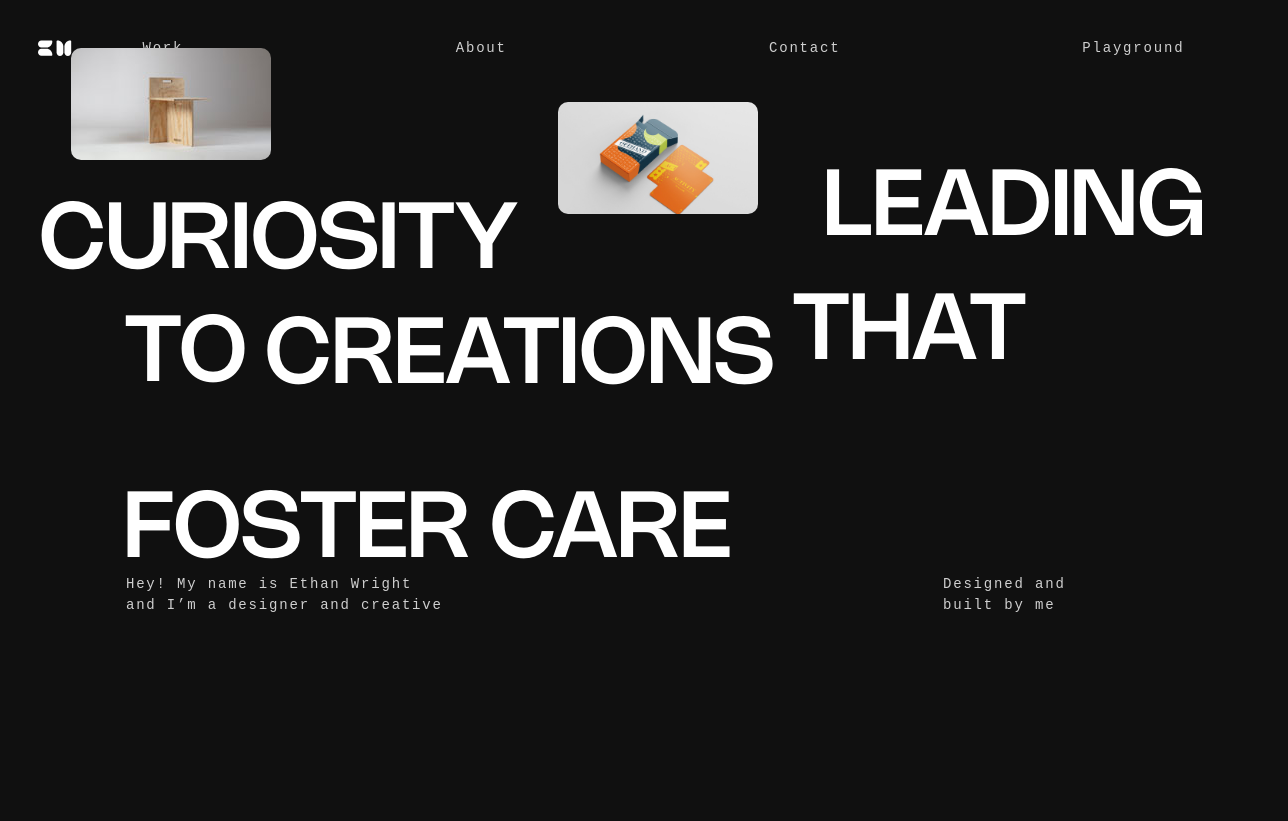
Repository: theethanwright/ethan_wright_portfolio
Page: home.html
These files come from the project's save history. The page is drawn as it stood at one moment and after the next save; the edit follows.
The browser window is 1280 px wide. The page is 1288 px wide, so the pictures cover 1288 px, including what lies to the right of the window. The pictures show the whole page.
Some web libraries are served in a nearby version.

Above is the page before, as saved 2023-12-24 21:17:59.

After the next save:
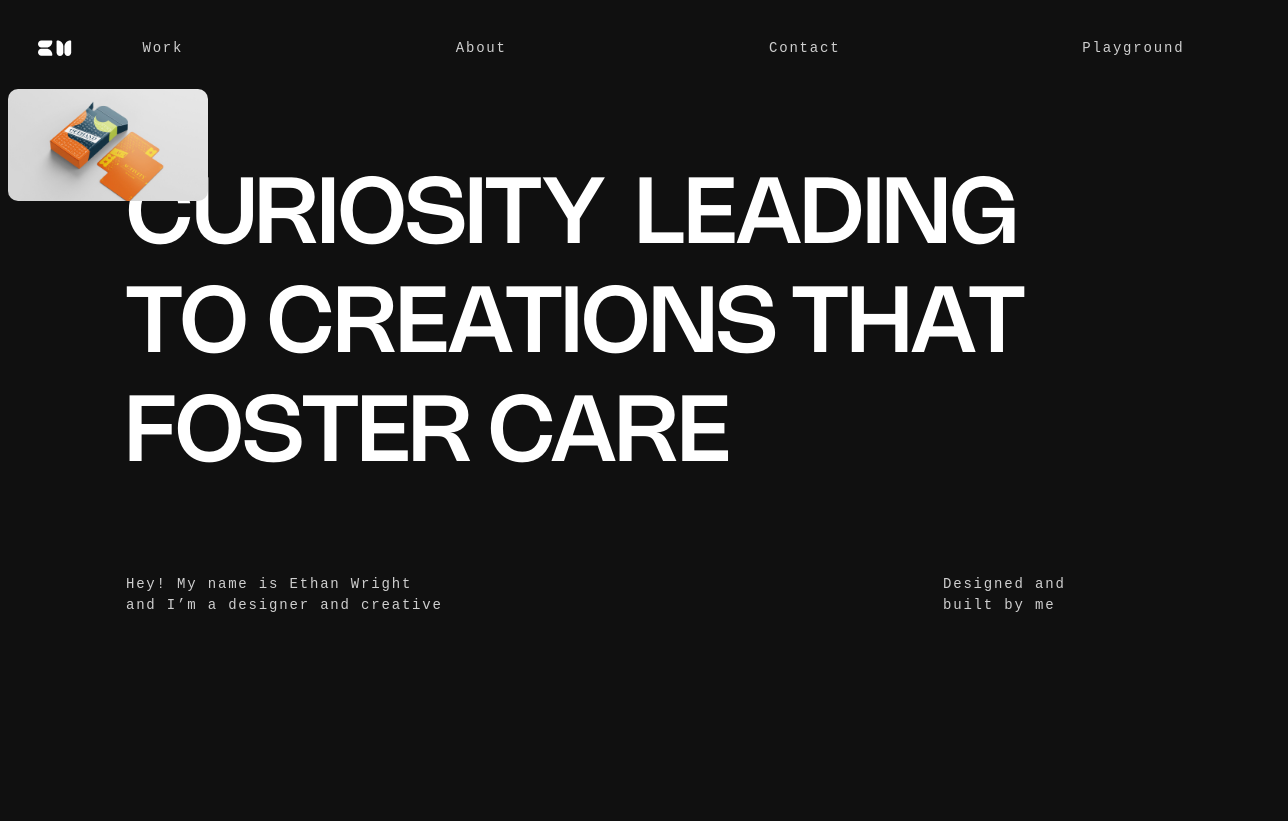
Console error: ReferenceError: height is not defined
Saved 4 min 16 s later.
--- a/app.js
+++ b/app.js
@@ -203,10 +203,9 @@
 
 imageBodies.forEach(({ iBody, imageElem }) => {
     const { x, y } = iBody.position
-    const { width, height, } = iBody.bounds;
     imageElem.style.top = `${y - imageElem.offsetHeight / 2}px`;
     imageElem.style.left = `${x - imageElem.offsetWidth / 2}px`;
-    imageElem.style.width = `${width}px`;
+    imageElem.style.width = `${iBody.bounds.max.x - iBody.bounds.min.x}px`;
     imageElem.style.height = `${height}px`;
     imageElem.style.transform = `rotate(${iBody.angle}rad)`;
   });

After the save that followed:
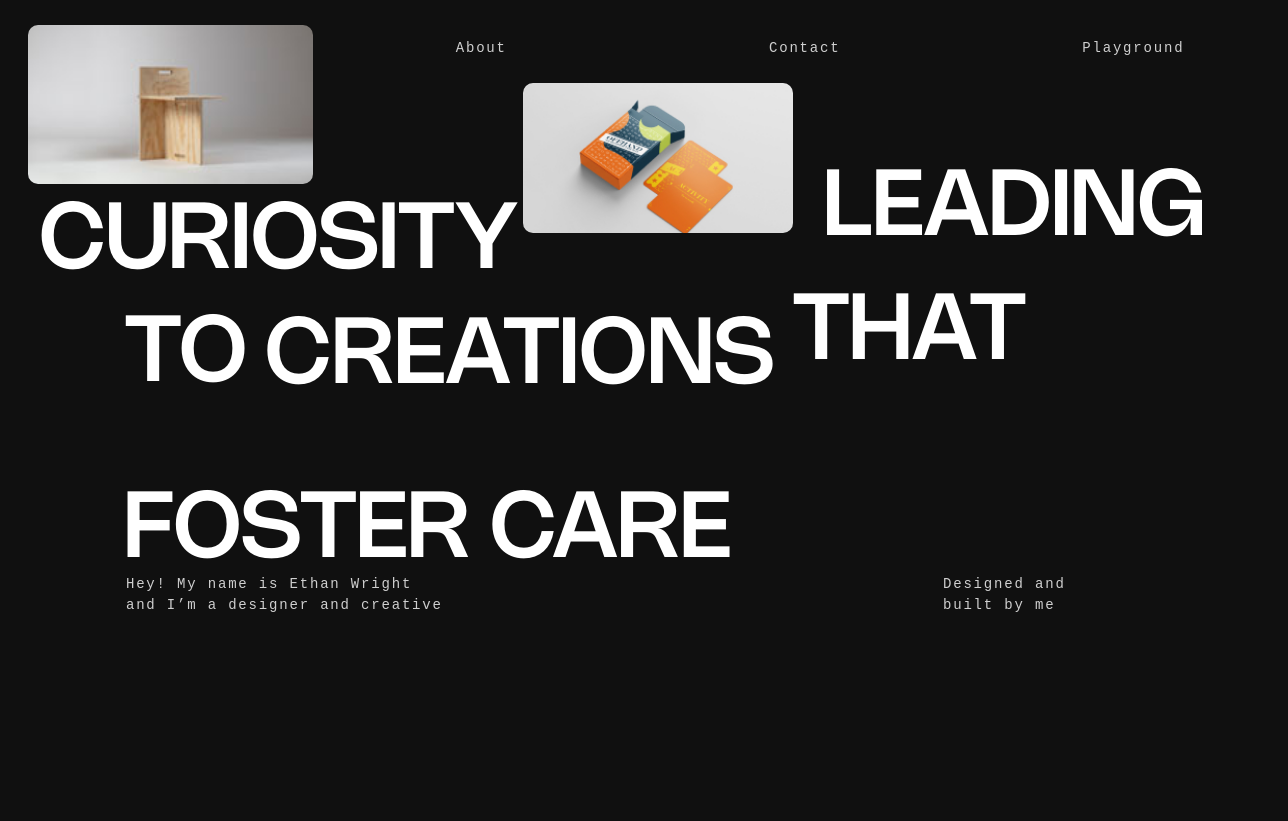
The error is gone.
Saved 18 s later.
--- a/app.js
+++ b/app.js
@@ -206,7 +206,7 @@
     imageElem.style.top = `${y - imageElem.offsetHeight / 2}px`;
     imageElem.style.left = `${x - imageElem.offsetWidth / 2}px`;
     imageElem.style.width = `${iBody.bounds.max.x - iBody.bounds.min.x}px`;
-    imageElem.style.height = `${height}px`;
+    imageElem.style.height = `${iBody.bounds.max.y - iBody.bounds.min.y}px`;
     imageElem.style.transform = `rotate(${iBody.angle}rad)`;
   });
 
